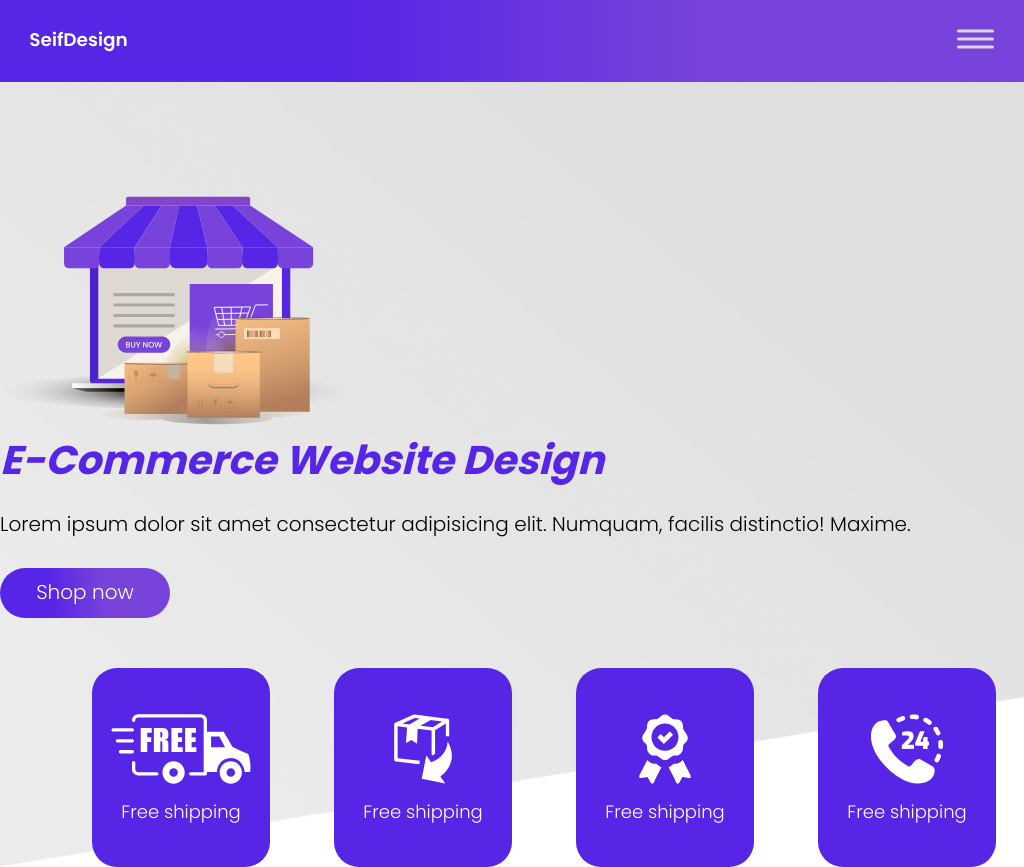
Repository: simralgasimov/newpage
Page: index.html
The author's editor kept a copy of each file at every save. The page is drawn from the files as they stood at one save, then again after a run of saves.
The browser window is 1024 px wide. The pictures show the whole page.
The style sheet was rebuilt from its Sass, Less or Tailwind sources for each picture, by a compiler version that may differ from the author's.

Above is the page before, as saved 2023-12-13 15:13:03.
Not found: index.js

### index.html
<!DOCTYPE html>
<html lang="en">
  <head>
    <meta charset="UTF-8" />
    <meta name="viewport" content="width=device-width, initial-scale=1.0" />
    <title>Document</title>
    <link rel="stylesheet" href="./reset.css" />
    <link rel="stylesheet" href="./index.css" />
  </head>
  <body>
    <div class="container">
      <nav>
        <!-- <div class="logo"> -->
          <img class="logo-img" src=".//image/SeifDesign.svg" alt="" />
        <!-- </div> -->
        <ul>
          <li><a href="#">Product</a></li>
          <li><a href="#">Pricing</a></li>
          <li><a href="#">Contact</a></li>
        </ul>
        <div class="burgerMenu">
          <img src="./image/Frame 1.svg" alt="" />
        </div>
      </nav>
      <div class="box-container">
        <div class="box-1">
          <div class="text-container">
            <h1>E-Commerce Website Design</h1>
            <p>
              Lorem ipsum dolor sit amet consectetur adipisicing elit. Numquam,
              facilis distinctio! Maxime.
            </p>
            <button><a href="#">Shop now</a></button>
          </div>

            <img class="house-img" src=".//image/Group (1).svg" alt="" />

        </div>

          <ul>
            <li>
              <img src="./image/Group (2).svg" alt="" />
              <p>Free shipping</p>
            </li>

            <li>
              <img src="./image/Vector (1).svg" alt="" />
              <p>Free shipping</p>
            </li>
            <li>
              <img src="./image/Group (3).svg" alt="" />
              <p>Free shipping</p>
            </li>
            <li>
              <img src="./image/Vector (2).svg" alt="" />
              <p>Free shipping</p>
            </li>
          </ul>
        </div>

    </div>

  </body>
  <script src="./index.js"></script>
</html>

### index.scss
@import url("https://fonts.googleapis.com/css2?family=Poppins:wght@300;700&display=swap");
* {
  margin: 0;
  padding: 0;
  box-sizing: border-box;
}
.container {
  background-image: url("./image/Rectangle\ 3.png");
  background-repeat: no-repeat;
  background-size: 100% 100%;
  min-height: 100vh;
  width: 100%;
  nav {
    display: flex;
    align-items: center;
    background: linear-gradient(270deg, #7743db 31.64%, #5725e5 66.78%);
    padding: 20px 30px;
    @media screen and (max-width: 1024px) {
      justify-content: space-between;
    }
    .burgerMenu {
      display: none;
      @media screen and (max-width: 1024px) {
        display: block;
      }
    }
    .logo-img {
      width: 139px;
      height: 39px;
      @media screen and (max-width: 1024px) {
        width: 97px;
        height: 27px;
      }
    }

    ul {
        display: flex;
        /* margin-left: 200px; */
      @media screen and (max-width: 1024px) {
        display: none;
      }


      li {
        margin-left: 73px;
        list-style-type: none;
        a {
          text-decoration: none;
          width: 98px;
          height: 30px;
          color: #fff;
          text-align: center;
          font-family: Poppins;
          font-size: 24px;
          font-style: normal;
          font-weight: 300;
          line-height: normal;
        }
      }
    }
  }
}
.box-container {
  .box-1 {
    padding: 98px 164px 43px 83px;
    display: flex;
    justify-content: center;
    @media screen and (max-width: 1024px) {
padding: 0;
padding-top: 100px;
flex-direction: column-reverse;    }
    .text-container {
      h1 {
        margin-bottom: 32px;
        width: 608px;
        font-family: Poppins;
        font-size: 68px;
        font-style: italic;
        font-weight: 700;
        line-height: 109%; /* 74.12px */
        color: #5725e5;
        @media screen and (max-width: 1024px) {
        font-size: 40px;
        width: 100%;
        }

      }
      p {
        width: 608px;
        color: #000;
        font-family: Poppins;
        font-size: 26px;
        font-style: normal;
        font-weight: 300;
        line-height: 109%;
        @media screen and (max-width: 1024px) {
        font-size: 20px;
        width: 100%;
        }
      }
      button {
        border: none;
        margin-top: 32px;
        display: flex;
        width: 170px;
        height: 50px;
        display: flex;
        justify-content: center;
        align-items: center;
        border-radius: 25px;
        background: linear-gradient(263deg, #7743db 38.81%, #5725e5 70.24%);

        @media screen and (max-width: 1024px) {
            width: 170px;
            height: 50px;
        }
        a {
          text-decoration: none;
          color: #fff;
          font-family: Poppins;
          font-size: 20px;
          font-style: normal;
          font-weight: 400;
          line-height: 109%; /* 21.8px */
          @media screen and (max-width: 1024px) {
        font-size: 20px;
        }
        }
      }
    }

    .house-img {
      width: 677.61px;
      height: 437.417px;
      @media screen and (max-width: 1024px) {
      width: 352px;
height: 256.511px;}
    }
  }

  ul {
    display: flex;
    justify-content: center;

    li {
      margin-left: 64px;
      margin-top: 50px;
      display: flex;
      width: 178px;
      height: 199px;
      padding: 10px;
      flex-direction: column;
      justify-content: center;
      align-items: center;
      gap: 18px;
      border-radius: 25px;
      background: #5725e5;
      img {
        width: 139.997px;
        height: 70px;
      }
      p {
        color: #fff;
        text-align: center;
        font-family: Poppins;
        font-size: 18px;
        font-style: normal;
        font-weight: 400;
        line-height: 109%; /* 19.62px */
      }
    }
  }
}

Loaded but not shown: reset.css (common file)

After the next 2 saves:
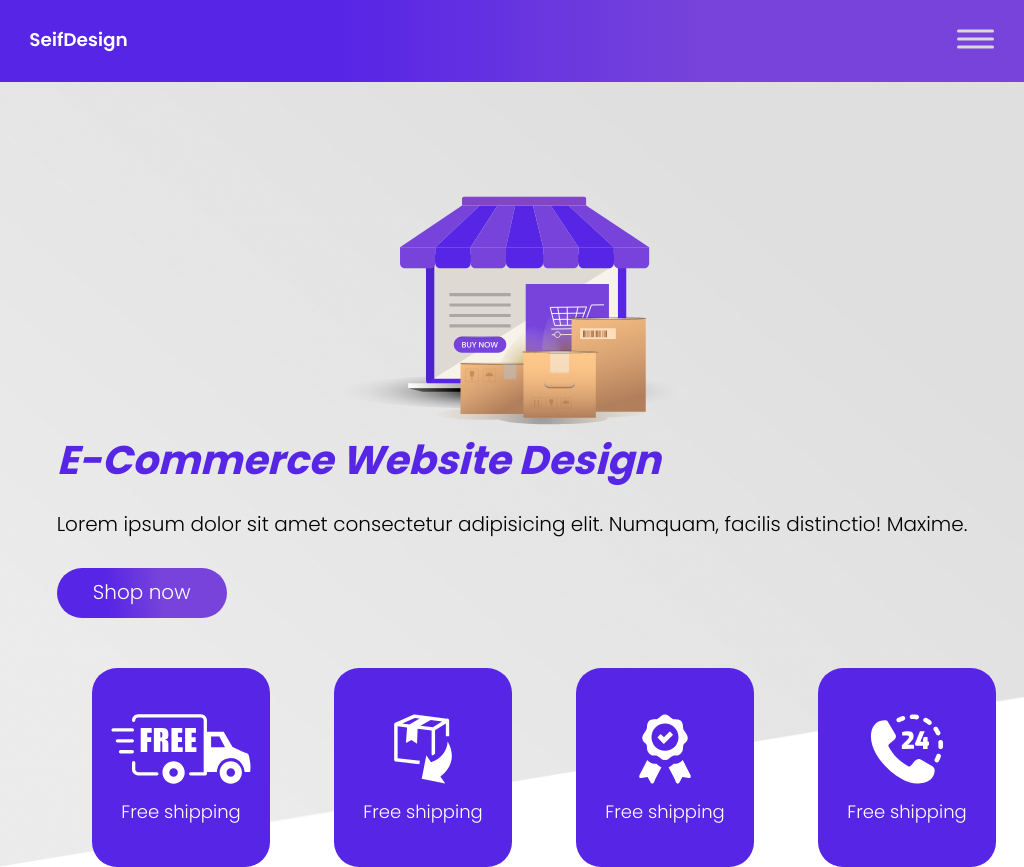
The 2 saves are shown as one change because they came seconds apart.
The last was saved 68 s later.
--- a/index.scss
+++ b/index.scss
@@ -68,7 +68,8 @@
     @media screen and (max-width: 1024px) {
 padding: 0;
 padding-top: 100px;
-flex-direction: column-reverse;    }
+flex-direction: column-reverse;
+align-items: center;   }
     .text-container {
       h1 {
         margin-bottom: 32px;
